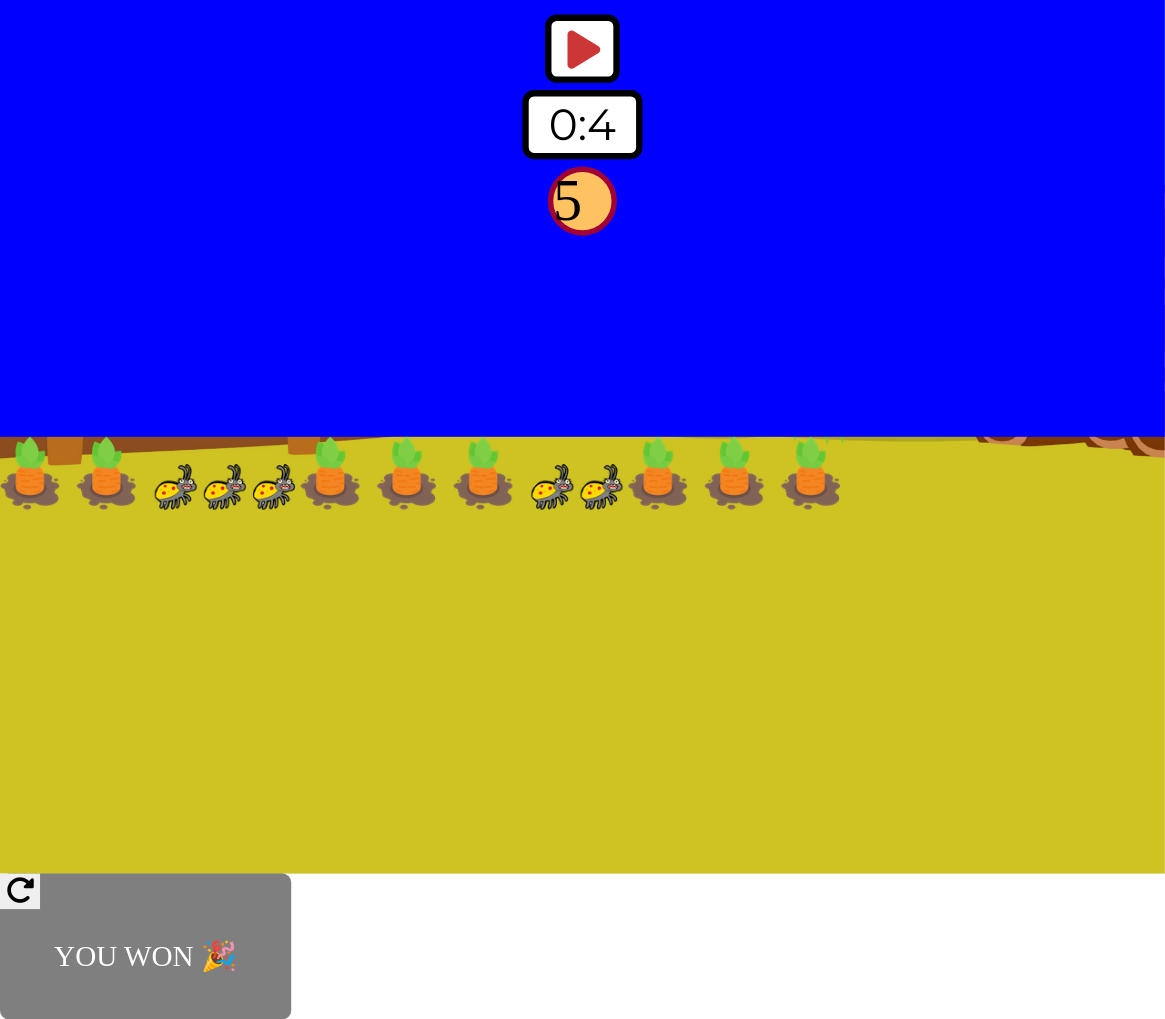
Repository: sephinejo/Mini-carrot-game
Page: index.html
An editor plug-in stored every save of this project. The page is shown before and after the next save, followed by the edit.
The browser window is 1280 px wide. The pictures show the whole page, at 91% of full size.
Some web fonts or font styles are not loaded; a fallback is used. Some web libraries are served in a nearby version.

Above is the page before, as saved 2023-05-15 09:11:35.

After the next save:
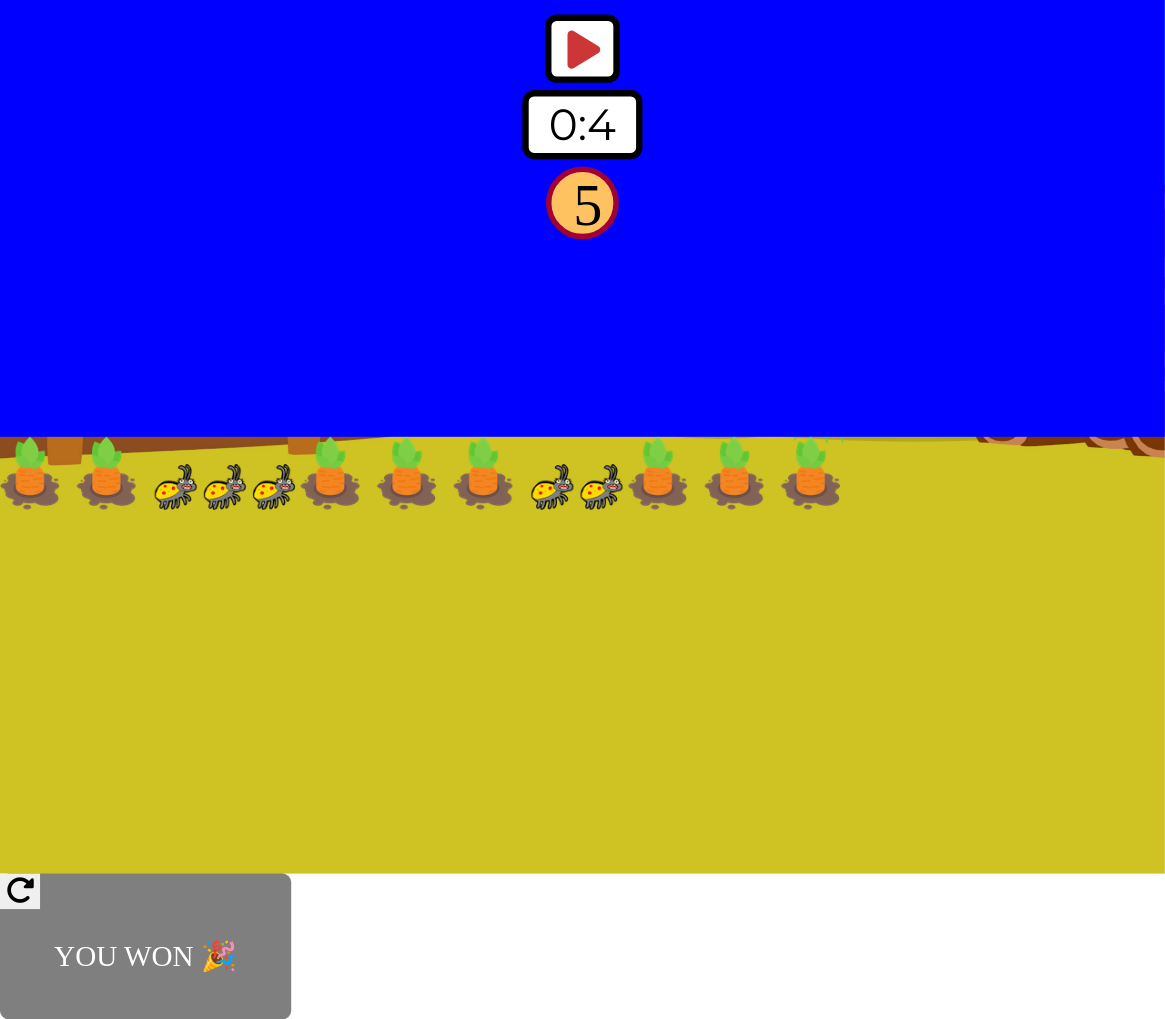
Saved 50 s later.
--- a/style.css
+++ b/style.css
@@ -61,11 +61,9 @@ button {
   border: 0.4rem solid #a10035;
   border-radius: 50%;
   background-color: #fec260;
-  width: 4.8rem;
-  height: 4.8rem;
-  text-align: center;
-  display: flex;
-  align-items: center;
+  width: 5rem;
+  height: 5rem;
+  padding: 0 1.5rem 0.5rem;
 }
 
 .pop-up {
